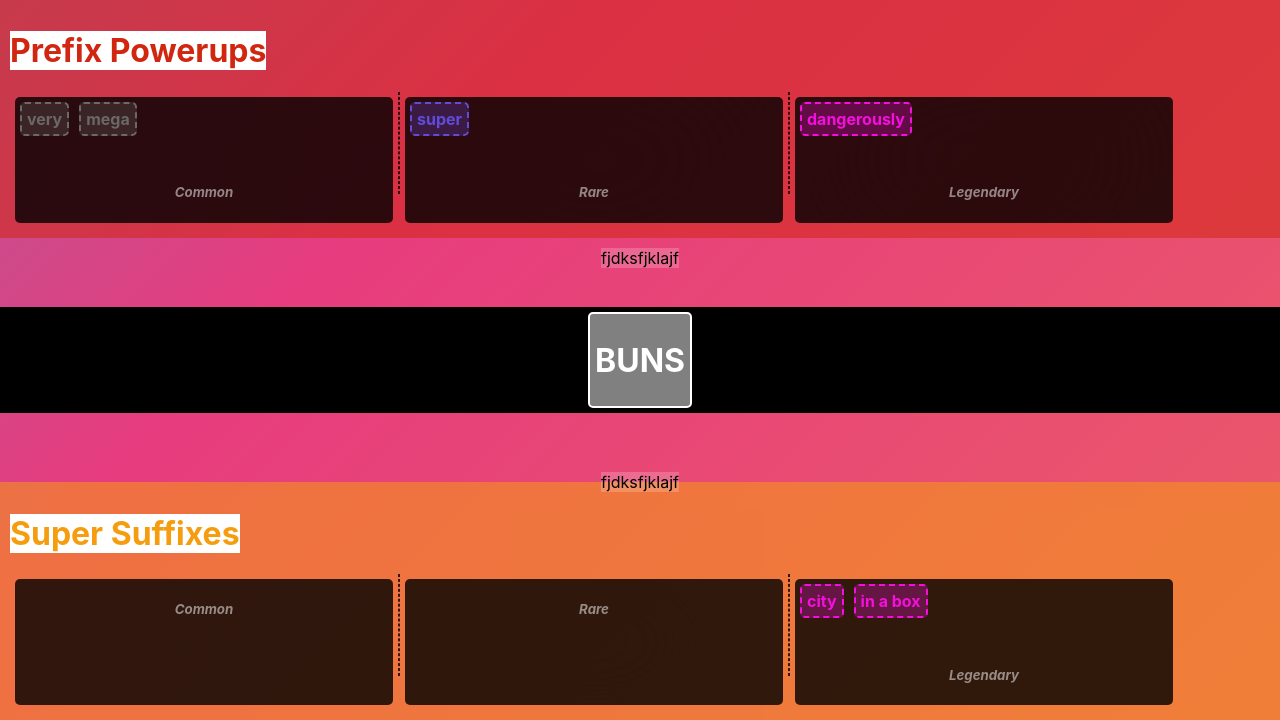
Repository: bsalgado98/buns-inator
Page: /
An editor plug-in stored every save of this project. The page is shown before and after the next save, followed by the edit.
The browser window is 1280 px wide. The pictures show the whole page.
The project was rebuilt for these pictures with package versions that can differ from the ones it lists, and the page was loaded fresh each time.

Above is the page before, as saved 2022-04-25 23:43:43.

### src/index.css
body {
    margin: 0;
    padding: 0;
    font-family: -apple-system, BlinkMacSystemFont, 'Segoe UI', 'Roboto', 'Oxygen',
        'Ubuntu', 'Cantarell', 'Fira Sans', 'Droid Sans', 'Helvetica Neue',
        sans-serif;
    -webkit-font-smoothing: antialiased;
    -moz-osx-font-smoothing: grayscale;
    height: 100vh;
    background-attachment: fixed;
}

code {
    font-family: source-code-pro, Menlo, Monaco, Consolas, 'Courier New', monospace;
}

### src/App.js
import './App.css';
import WordBank from './components/WordBank/WordBank'
import WordBuilder from './components/WordBuilder/WordBuilder';
import { RARITY, PART_OF_SENTENCE, COLOR } from './utility/constants'

function App() {
    const wordList = {
        prefixPowerups: [
            {
                sectionTitle: RARITY.COMMON,
                words: ['very', 'mega'],
                color: COLOR.COMMON,
                partOfSentence: PART_OF_SENTENCE.PREFIX
            },
            {
                sectionTitle: RARITY.RARE,
                words: ['super'],
                color: COLOR.RARE,
                partOfSentence: PART_OF_SENTENCE.PREFIX
            },
            {
                sectionTitle: RARITY.LEGENDARY,
                words: ['dangerously'],
                color: COLOR.LEGENDARY,
                partOfSentence: PART_OF_SENTENCE.PREFIX
            }
        ],
        superSuffixes: [
            {
                sectionTitle: RARITY.COMMON,
                words: [],
                color: COLOR.COMMON,
                partOfSentence: PART_OF_SENTENCE.SUFFIX
            },
            {
                sectionTitle: RARITY.RARE,
                words: [],
                color: COLOR.RARE,
                partOfSentence: PART_OF_SENTENCE.SUFFIX
            },
            {
                sectionTitle: RARITY.LEGENDARY,
                words: ['city', 'in a box'],
                color: COLOR.LEGENDARY,
                partOfSentence: PART_OF_SENTENCE.SUFFIX
            }
        ]
    }

    return (
        <div className="App">
            <div className="word-bank">
                <WordBank bankTitle='Prefix Powerups' color={COLOR.PREFIX_POWERUPS} wordCollection={wordList.prefixPowerups} />
            </div>
            <span className="divider"></span>
            <div className="subject-card-container">
                <WordBuilder />
            </div>
            <span className="divider"></span>
            <div className="word-bank">
                <WordBank bankTitle='Super Suffixes' color={COLOR.SUPER_SUFFIXES} wordCollection={wordList.superSuffixes} />
            </div>
        </div>
    );
}

export default App;

### src/App.css
.App {
    text-align: center;
    height: 100vh;
    display: flex;
    flex-direction: column;
    background: linear-gradient(-45deg, #ee7752, #e73c7e, #23a6d5, #23d5ab);
	background-size: 400% 400%;
	animation: gradient 15s ease infinite;
    background-attachment: fixed;
}

.word-bank {
}

.subject-card-container {
    flex-grow: 3;
    display: flex;
    align-items: center;
    justify-content: center;
}

@keyframes gradient {
	0% {
		background-position: 0% 50%;
	}
	50% {
		background-position: 100% 50%;
	}
	100% {
		background-position: 0% 50%;
	}
}

.divider::after {
    background: rgba(255, 255, 255, 0.2);
    content: 'fjdksfjklajf';
    backdrop-filter: blur(5px);
    position: relative;
    top: 50%;
}

### src/components/WordBank/WordBank.js
import createWordSection from "../../utility/wordSection"

const WordBank = ({ bankTitle = "N/A", color = "#000000", wordCollection = [] }) => {
    const styles = {
        container: {
            style: {
                backgroundColor: `${color}88`,
                display: 'flex',
                flexDirection: 'column',
                padding: '10px'
            }
        },
        title: {
            style: {
                color: color,
                backgroundColor: 'white'
            },
            container: {
                style: {
                    display: 'flex',
                    width: '100%'
                }
            }
        },
        collectionArea: {
            style: {
                display: 'flex'
            },
            section: {
                style: {
                    display: 'flex',
                    flexDirection: 'column',
                    width: '30%',
                    backgroundColor: 'rgba(0, 0, 0, 0.8)',
                    backdropFilter: 'blur(100px)',
                    margin: '5px',
                    borderRadius: '5px'
                },
                wordArea: {
                    style: {
                        display: 'flex'
                    }
                },
                title: {
                    style: {
                        opacity: '0.5',
                        fontStyle: 'italic',
                        color: 'white'
                    }
                }
            }
        },
        divider: {
            style: {
                height: '100px',
                width: '0px',
                border: '1px dashed black',
                opacity: '0.8'
            }
        }
    }
    return (
        <div style={styles.container.style}>
            <div style={styles.title.container.style}>
                <h1 style={styles.title.style}>{bankTitle}</h1>
            </div>
            <div style={styles.collectionArea.style}>
                {wordCollection.map((section, i) => {
                    return (
                        <>
                            {i !== 0 ? <span style={styles.divider.style}></span> : null}
                            <div key={`section-${i}`} style={styles.collectionArea.section.style} className="section">
                                <div style={styles.collectionArea.section.wordArea.style}>
                                    {createWordSection(section.words, section.color, section.partOfSentence)}
                                </div>
                                <h5 style={styles.collectionArea.section.title.style}>{section.sectionTitle}</h5>
                            </div>
                        </>
                    )
                })}
            </div>
        </div>
    )
}

export default WordBank

### src/components/WordBuilder/WordBuilder.js
import SubjectCard from "../SubjectCard/SubjectCard"

const WordBuilder = () => {
    const styles = {
        container: {
            style: {
                display: 'flex',
                background: 'black',
                width: '100%',
                justifyContent: 'center'
            }
        }
    }
    return (
        <div style={styles.container.style}>
            <SubjectCard text="BUNS" />
        </div>
    )
}

export default WordBuilder

### src/utility/constants.js
export const RARITY = {
    COMMON: 'Common',
    RARE: 'Rare',
    LEGENDARY: 'Legendary'
}

export const PART_OF_SENTENCE = {
    PREFIX: 'prefix',
    SUFFIX: 'suffix'
}

export const COLOR = {
    COMMON: "#6b6867",
    RARE: "#614cd9",
    LEGENDARY: "#f50fde",
    PREFIX_POWERUPS: "#d12711",
    SUPER_SUFFIXES: "#f59d0f"
}

### src/utility/wordSection.js
import WordCard from "../components/WordCard/WordCard";

function createWordSection(words, wordColor, partOfSentence) {
    return words.map((word, i) => <WordCard key={`word-${i}`} text={word} color={wordColor} />)
}

export default createWordSection

### src/components/SubjectCard/SubjectCard.js
const SubjectCard = ({ text }) => {
    const styles = {
        container: {
            style: {
                background: 'rgba(255, 255, 255, 0.5)',
                display: 'flex',
                border: '2px solid white',
                margin: '5px',
                padding: '5px',
                borderRadius: '5px',
                height: '30%',
                alignItems: 'center'
            }
        },
        text: {
            style: {
                color: "white"
            }
        }
    }
    return (
        <div style={styles.container.style}>
            <h1 style={styles.text.style}>{text}</h1>
        </div>
    )
}

export default SubjectCard

### src/components/WordCard/WordCard.js
const WordCard = ({ text = "N/A", color = "#000000", partOfSentence }) => {
    const styles = {
        container: {
            style: {
                background: `${color}44`,
                display: 'flex',
                border: `2px dashed ${color}`,
                margin: '5px',
                padding: '5px',
                borderRadius: '5px',
                height: '30%',
                alignItems: 'center'
            }
        },
        text: {
            style: {
                color: color,
                fontSize: '16px'
            }
        }
    }
    return (
        <div style={styles.container.style}>
            <h1 style={styles.text.style}>{text}</h1>
        </div>
    )
}

export default WordCard

Loaded but not shown: public/index.html (common file); src/index.js (common file); src/reportWebVitals.js (common file)

After the next save:
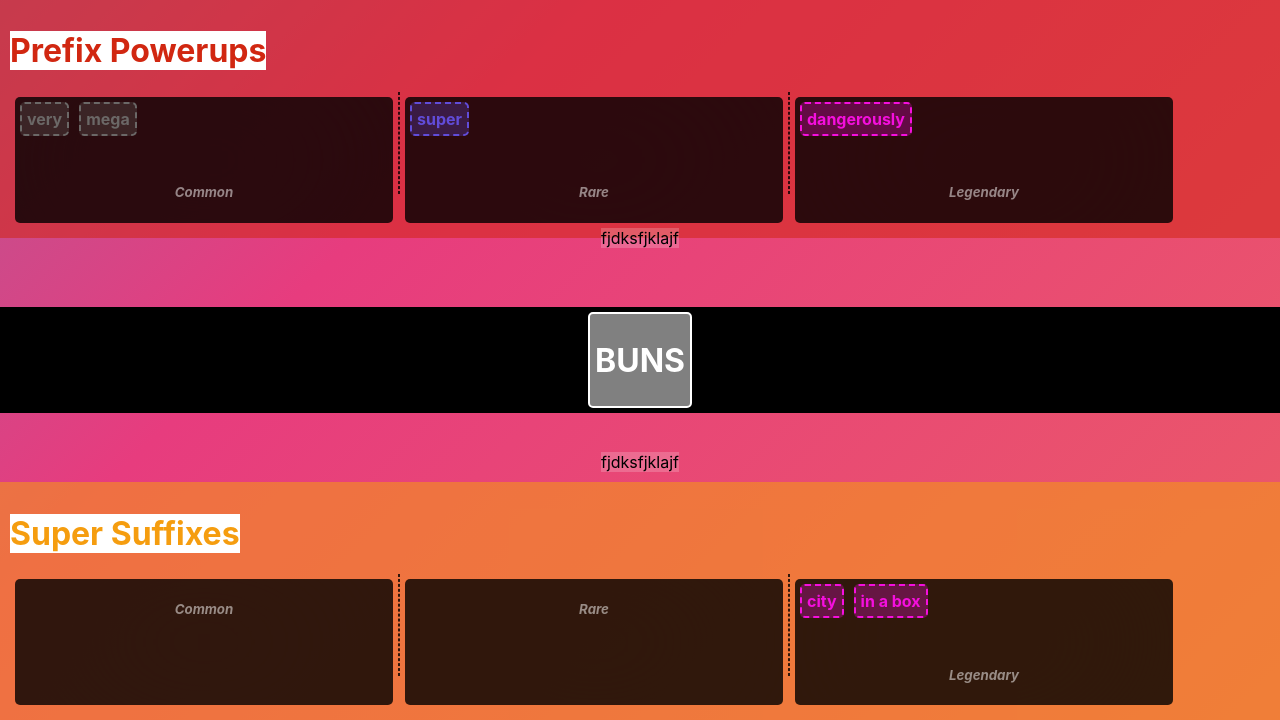
Saved 4 s later.
--- a/src/App.css
+++ b/src/App.css
@@ -36,5 +36,5 @@
     content: 'fjdksfjklajf';
     backdrop-filter: blur(5px);
     position: relative;
-    top: 50%;
+    top: -50%;
 }
